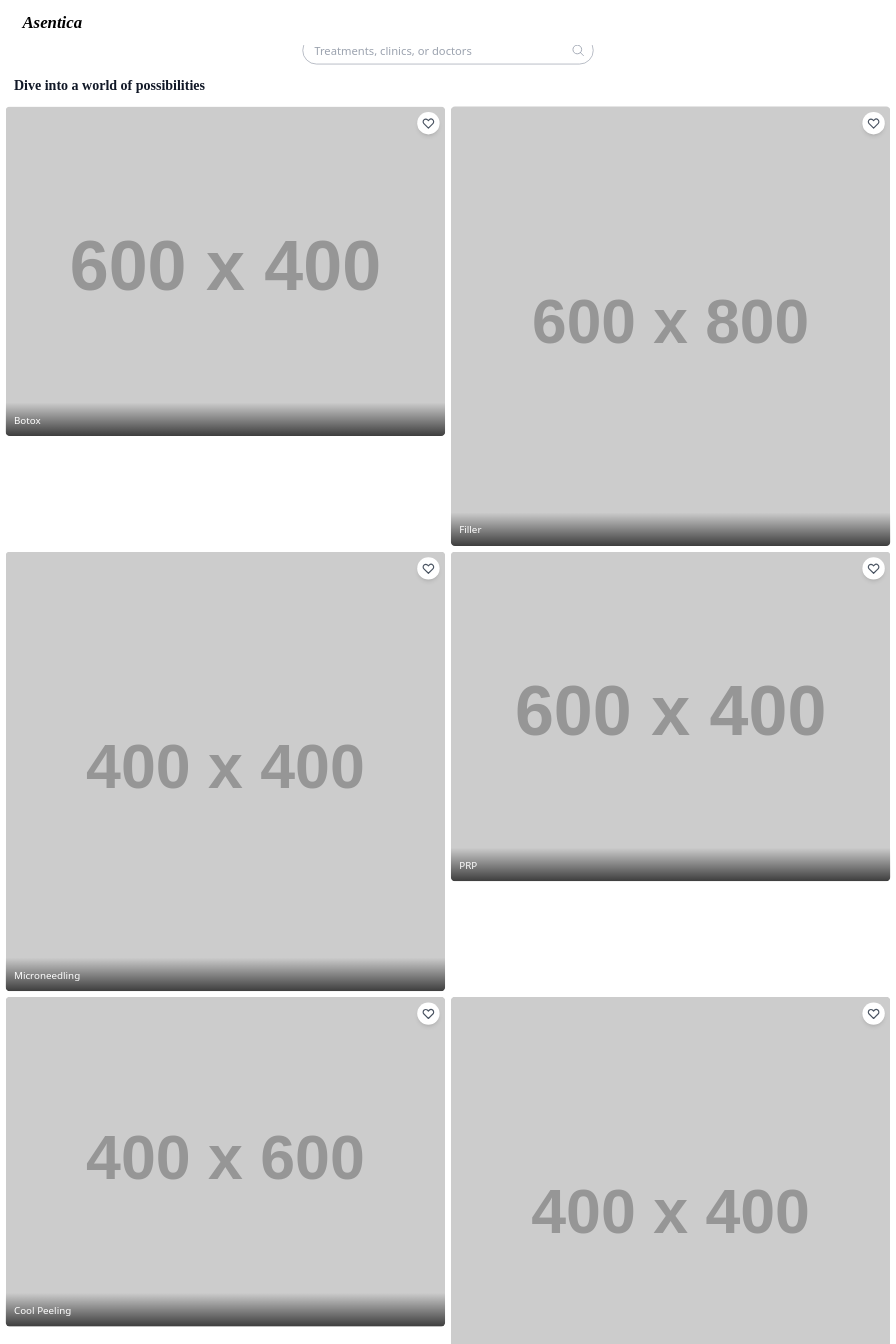
Repository: jungkeunhong/asentica_3rd
Page: /
The author's editor kept a copy of each file at every save. The page is drawn from the files as they stood at one save, then again after the next save.
The browser window is 1280 px wide. The pictures show the part of the page from y = 0 to 1920 px (the page is 7616 px tall before and 7632 px after), at 70% of full size.
Some web fonts or font styles are not loaded; a fallback is used. The project was rebuilt for these pictures with package versions that can differ from the ones it lists, and the page was loaded fresh each time. The framework's server and built-in components were replaced by stand-ins that run in the browser. Also part of the build but not shown: next.config.js.

Above is the page before, as saved 2025-02-26 14:51:03.

### src/app/layout.tsx
import type { Metadata } from "next";
import { Gotu, Geist, Geist_Mono } from "next/font/google";
import "./globals.css";

const geistSans = Geist({
  subsets: ['latin'],
  variable: '--font-geist-sans',
});

const geistMono = Geist_Mono({
  subsets: ['latin'],
  variable: '--font-geist-mono',
});

const gotu = Gotu({
  weight: '400',
  subsets: ['latin'],
  variable: '--font-gotu',
});

export const metadata: Metadata = {
  title: 'Asentica - Find Your Perfect Medical Spa',
  description: 'Discover and book the best medical spa treatments near you.',
};

export default function RootLayout({
  children,
}: {
  children: React.ReactNode;
}) {
  return (
    <html lang="en">
      <head>
        <meta name="viewport" content="width=device-width, initial-scale=1.0, maximum-scale=1.0, user-scalable=no" />
      </head>
      <body
        className={`${geistSans.variable} ${geistMono.variable} antialiased ${gotu.variable}`}
      >
        <div className="">
          <div className="min-h-screen flex flex-col">
            <main className="flex-grow">{children}</main>
          </div>
        </div>
        <div className="pt-16">
          <div className="min-h-screen flex flex-col">
            <main className="flex-grow">{children}</main>
          </div>
        </div>
      </body>
    </html>
  );
}

### src/app/page.tsx
import Navbar from '@/components/Navbar';
import SearchBar from '@/components/SearchBar';
import CategoryGrid from '@/components/CategoryGrid';
import FeaturedTreatments from '@/components/FeaturedTreatments';

export default function Home() {
  return (
    <>
      <Navbar />
      <main className="min-h-screen bg-white pt-5">
        <div className="max-w-7xl mx-auto">
          <div className="bg-white py-8">
            <div className="max-w-md mx-auto px-4">
              <SearchBar />
            </div>
            <CategoryGrid />
          </div>
          <FeaturedTreatments />
        </div>
      </main>
    </>
  );
}

### src/app/globals.css
@import url('https://fonts.googleapis.com/css2?family=Gotu&display=swap');
@tailwind base;
@tailwind components;
@tailwind utilities;

:root {
  --background: #ffffff;
  --foreground: #171717;
  --font-cormorant: 'Cormorant', serif;
}

@media (prefers-color-scheme: dark) {
  :root {
    --background: #0a0a0a;
    --foreground: #ededed;
  }
}

@layer base {
  h1, h2, h3 {
    font-family: 'Gotu', sans-serif;
  }

  p, button, input, span {
    font-family: system-ui, sans-serif;
  }

  .cormorant {
    font-family: var(--font-cormorant);
  }

  .gotu {
    font-family: 'Gotu', sans-serif;
  }
}

body {
  color: var(--foreground);
  background: var(--background);
}

/* Hide scrollbar for Chrome, Safari and Opera */
.hide-scrollbar::-webkit-scrollbar {
  display: none;
}

/* Hide scrollbar for IE, Edge and Firefox */
.hide-scrollbar {
  -ms-overflow-style: none;  /* IE and Edge */
  scrollbar-width: none;  /* Firefox */
}

### src/components/Navbar.tsx
'use client';

import Link from 'next/link';

export default function Navbar() {
  return (
    <nav className="fixed top-0 w-full bg-white z-50">
      <div className="max-w-7xl mx-auto px-4 sm:px-8 lg:px-8">
        <div className="font-extrabold flex justify-between h-16 items-center">
          <Link href="/" className="flex items-center">
            <span className="cormorant text-2xl italic text-black">Asentica</span>
          </Link>
        </div>
      </div>
    </nav>
  );
}

### src/components/SearchBar.tsx
'use client';

import { useState } from 'react';
import { MagnifyingGlassIcon, XMarkIcon } from '@heroicons/react/24/outline';
import { useRouter } from 'next/navigation';

interface SearchBarProps {
  initialValue?: string;
  className?: string;
  onSearch?: (value: string) => void;
}

const SearchBar = ({ initialValue = '', className = '', onSearch }: SearchBarProps) => {
  const [searchTerm, setSearchTerm] = useState(initialValue);
  const router = useRouter();

  const handleSubmit = (e: React.FormEvent) => {
    e.preventDefault();
    const trimmedTerm = searchTerm.trim();
    if (trimmedTerm) {
      if (onSearch) {
        onSearch(trimmedTerm);
      } else {
        router.push(`/search?q=${encodeURIComponent(trimmedTerm)}`);
      }
    }
  };

  const handleChange = (e: React.ChangeEvent<HTMLInputElement>) => {
    const value = e.target.value;
    setSearchTerm(value);
    if (onSearch) {
      onSearch(value);
    }
  };

  const clearSearch = () => {
    setSearchTerm('');
    if (onSearch) {
      onSearch('');
    }
  };

  return (
    <form onSubmit={handleSubmit} className={`relative ${className}`}>
      <div className="relative flex items-center">
        <input
          type="text"
          value={searchTerm}
          onChange={handleChange}
          placeholder="Treatments, clinics, or doctors"
          className="w-full h-10 pl-4 pr-12 bg-white rounded-3xl border border-gray-400 focus:outline-none focus:border-primary-500 text-base"
          style={{ fontSize: '16px', color: 'black' }}
        />
        <div className="absolute right-0 flex items-center pr-3 space-x-2">
          {searchTerm && (
            <button
              type="button"
              onClick={clearSearch}
              className="p-1 text-gray-400 hover:text-gray-600"
              aria-label="Clear search"
            >
              <XMarkIcon className="w-5 h-5" />
            </button>
          )}
          {!searchTerm && (
            <MagnifyingGlassIcon className="w-5 h-5 text-gray-400" />
          )}
        </div>
      </div>
    </form>
  );
};

export default SearchBar;

### src/components/CategoryGrid.tsx
'use client';

import React, { useState } from 'react';
import { useRouter } from 'next/navigation';
import Image from 'next/image';

// 카테고리 데이터 - 다양한 크기의 이미지를 위한 size 속성 추가
const categories = [
  {
    id: 1,
    name: 'Botox',
    image: 'https://placehold.co/600x400/png?text=Botox',
    size: 'medium'
  },
  {
    id: 2,
    name: 'Filler',
    image: 'https://placehold.co/600x800/png?text=Filler',
    size: 'small'
  },
  {
    id: 3,
    name: 'Microneedling',
    image: 'https://placehold.co/400x400/png?text=Microneedling',
    size: 'small'
  },
  {
    id: 4,
    name: 'PRP',
    image: 'https://placehold.co/600x400/png?text=PRP',
    size: 'medium'
  },
  {
    id: 5,
    name: 'Cool Peeling',
    image: 'https://placehold.co/400x600/png?text=Cool+Peeling',
    size: 'medium'
  },
  {
    id: 6,
    name: 'Facial',
    image: 'https://placehold.co/400x400/png?text=Facial',
    size: 'small'
  },
  {
    id: 7,
    name: 'Lifting',
    image: 'https://placehold.co/600x600/png?text=Lifting',
    size: 'small'
  },
  {
    id: 8,
    name: 'Hair Removal',
    image: 'https://placehold.co/400x400/png?text=Hair+Removal',
    size: 'small'
  },
  {
    id: 9,
    name: 'Chemical Peel',
    image: 'https://placehold.co/600x400/png?text=Chemical+Peel',
    size: 'medium'
  },
  {
    id: 10,
    name: 'LED Therapy',
    image: 'https://placehold.co/400x400/png?text=LED+Therapy',
    size: 'small'
  },
];

const CategoryGrid = () => {
  const router = useRouter();
  const [favorites, setFavorites] = useState<number[]>([]);

  const handleCategoryClick = (name: string) => {
    router.push(`/search?q=${encodeURIComponent(name.toLowerCase())}`);
  };

  const toggleFavorite = (id: number, e: React.MouseEvent) => {
    e.stopPropagation();
    setFavorites(prev =>
      prev.includes(id)
        ? prev.filter(favId => favId !== id)
        : [...prev, id]
    );
  };

  return (
    <div className="py-4">
      <h2 className="cormorant text-xl font-extrabold mb-4 text-gray-900 pl-5">Dive into a world of possibilities</h2>

      <div className="grid grid-cols-2 gap-2 px-2">
        {categories.map((category) => {
          // 이미지 크기에 따른 클래스 설정
          const sizeClasses = {
            small: "col-span-1 aspect-square",
            medium: "col-span-1 aspect-[4/3]",
            large: "col-span-2 aspect-[3/2]",
          }[category.size];

          const isFavorite = favorites.includes(category.id);

          return (
            <div
              key={category.id}
              className={`relative rounded-md overflow-hidden ${sizeClasses}`}
              onClick={() => handleCategoryClick(category.name)}
            >
              {/* 이미지 */}
              <div className="w-full h-full relative">
                <Image
                  src={category.image}
                  alt={category.name}
                  fill
                  className="object-cover"
                />

                {/* 좋아요 버튼 */}
                <button
                  className="absolute top-2 right-2 w-8 h-8 bg-white rounded-full flex items-center justify-center shadow-md z-10"
                  onClick={(e) => toggleFavorite(category.id, e)}
                >
                  <svg
                    xmlns="http://www.w3.org/2000/svg"
                    fill={isFavorite ? "currentColor" : "none"}
                    viewBox="0 0 24 24"
                    stroke="currentColor"
                    className={`w-5 h-5 ${isFavorite ? 'text-red-500' : 'text-gray-600'}`}
                  >
                    <path
                      strokeLinecap="round"
                      strokeLinejoin="round"
                      strokeWidth={2}
                      d="M4.318 6.318a4.5 4.5 0 000 6.364L12 20.364l7.682-7.682a4.5 4.5 0 00-6.364-6.364L12 7.636l-1.318-1.318a4.5 4.5 0 00-6.364 0z"
                    />
                  </svg>
                </button>

                {/* 시술 이름 */}
                <div className="absolute bottom-0 left-0 right-0 bg-gradient-to-t from-black/70 to-transparent p-3">
                  <span className="text-white font-medium text-sm">{category.name}</span>
                </div>
              </div>
            </div>
          );
        })}
      </div>
    </div>
  );
};

export default CategoryGrid;

### src/components/FeaturedTreatments.tsx
'use client';

import Image from 'next/image';
import { useRouter } from 'next/navigation';

const treatments = [
  {
    id: 'botox',
    title: 'Botox',
    image: 'https://plus.unsplash.com/premium_photo-1661769358914-1d33c22bd7ba?w=500&auto=format&fit=crop&q=60&ixlib=rb-4.0.3&ixid=M3wxMjA3fDB8MHxzZWFyY2h8MXx8Ym90b3h8ZW58MHx8MHx8fDA%3D',
    description: 'Natural wrinkle improvement and prevention...more',
    searchKeyword: 'botox'
  },
  {
    id: 'filler',
    title: 'Filler',
    image: 'https://plus.unsplash.com/premium_photo-1719617673012-4b121052cc8f?w=500&auto=format&fit=crop&q=60&ixlib=rb-4.0.3&ixid=M3wxMjA3fDB8MHxzZWFyY2h8MTd8fGZpbGxlcnxlbnwwfHwwfHx8MA%3D%3D',
    description: 'Natural volume and contour improvement...more',
    searchKeyword: 'filler'
  },
  {
    id: 'microneedling',
    title: 'Microneedling',
    image: 'https://media.istockphoto.com/id/1731969249/ko/%EC%82%AC%EC%A7%84/%EB%85%B8%ED%99%94-%EB%B0%A9%EC%A7%80-%ED%81%B4%EB%A6%AC%EB%8B%89%EC%97%90%EC%84%9C-%EC%A3%BC%EB%A6%84%EA%B3%BC-%ED%9D%89%ED%84%B0%EB%A5%BC-%EC%A4%84%EC%9D%B4%EA%B8%B0-%EC%9C%84%ED%95%B4-%EC%84%B1%EC%9D%B8-%EB%82%A8%EC%84%B1%EA%B3%BC-%ED%95%A8%EA%BB%98-%EB%A0%88%EC%9D%B4%EC%A0%80-%ED%91%9C%EB%A9%B4-%EC%B2%98%EB%A6%AC-%EC%96%BC%EA%B5%B4-%EC%8A%A4%ED%82%A8-%EC%BC%80%EC%96%B4-%EC%B9%98%EB%A3%8C-%EA%B8%B0%EC%88%A0%EC%9D%84-%EC%82%AC%EC%9A%A9%ED%95%98%EB%8A%94-%ED%94%BC%EB%B6%80-%EC%9D%98%EC%82%AC.webp?a=1&b=1&s=612x612&w=0&k=20&c=019vxc5s4SAycLCyiZC078IFtJvhqseZyHse_A9stbU=',
    description: 'Boost collagen, smooth texture, and reduce scars...more',
    searchKeyword: 'microneedling'
  },
];

const FeaturedTreatments = () => {
  const router = useRouter();

  const handleTreatmentClick = (treatmentId: string) => {
    router.push(`/treatment/${treatmentId}`);
  };

  return (
    <div className="bg-white">
      <div className="max-w-7xl mx-auto px-4 sm:px-6 lg:px-8">
        <div className="lg:text-left">
          <p className="cormorant mt-2 text-2xl leading-8 font-extrabold tracking-tight text-gray-900 sm:text-4xl">
            Learn more
          </p>
        </div>
        <div className="mt-8">
          <div className="grid grid-cols-1 gap-8 sm:grid-cols-2 lg:grid-cols-3">
            {treatments.map((treatment) => (
              <div
                key={treatment.id}
                className="cursor-pointer group"
                onClick={() => handleTreatmentClick(treatment.id)}
              >
                <div className="relative h-36 w-full overflow-hidden rounded-lg bg-white group-hover:opacity-75 sm:h-64">
                  <Image
                    src={treatment.image}
                    alt={treatment.title}
                    fill
                    className="object-cover object-center"
                  />
                </div>
                <h3 className="cormorant mt-4 text-xl font-extrabold text-gray-900">{treatment.title}</h3>
                <p className="mt-1 text-sm text-gray-500">{treatment.description}</p>
              </div>
            ))}
          </div>
        </div>
      </div>
    </div>
  );
};

export default FeaturedTreatments;

Loaded but not shown: tailwind.config.ts (common file)

After the next save:
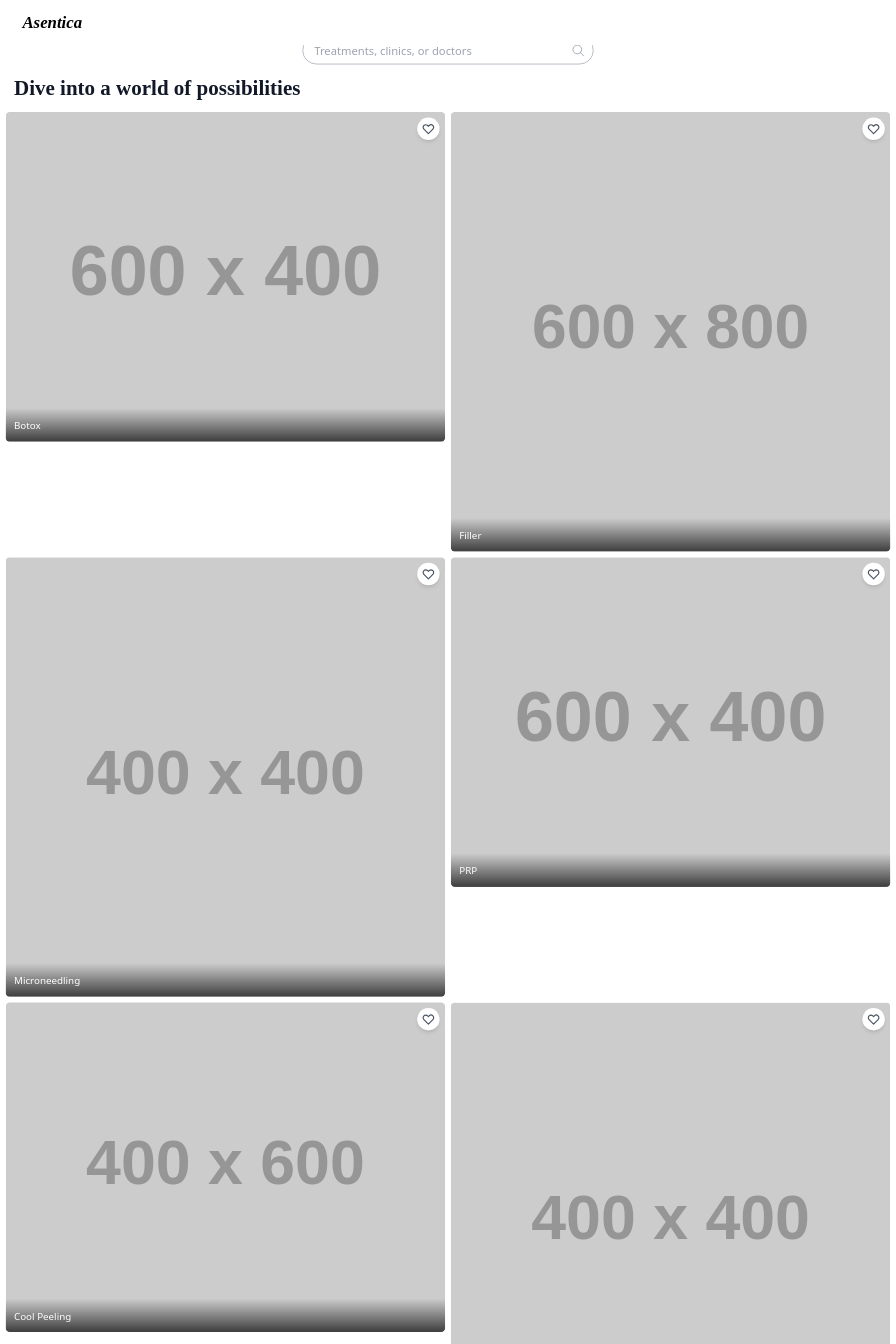
Saved 55 s later.
--- a/src/components/CategoryGrid.tsx
+++ b/src/components/CategoryGrid.tsx
@@ -87,7 +87,7 @@ const CategoryGrid = () => {
 
   return (
     <div className="py-4">
-      <h2 className="cormorant text-xl font-extrabold mb-4 text-gray-900 pl-5">Dive into a world of possibilities</h2>
+      <h2 className="cormorant text-3xl font-extrabold mb-4 text-gray-900 pl-5">Dive into a world of possibilities</h2>
 
       <div className="grid grid-cols-2 gap-2 px-2">
         {categories.map((category) => {
